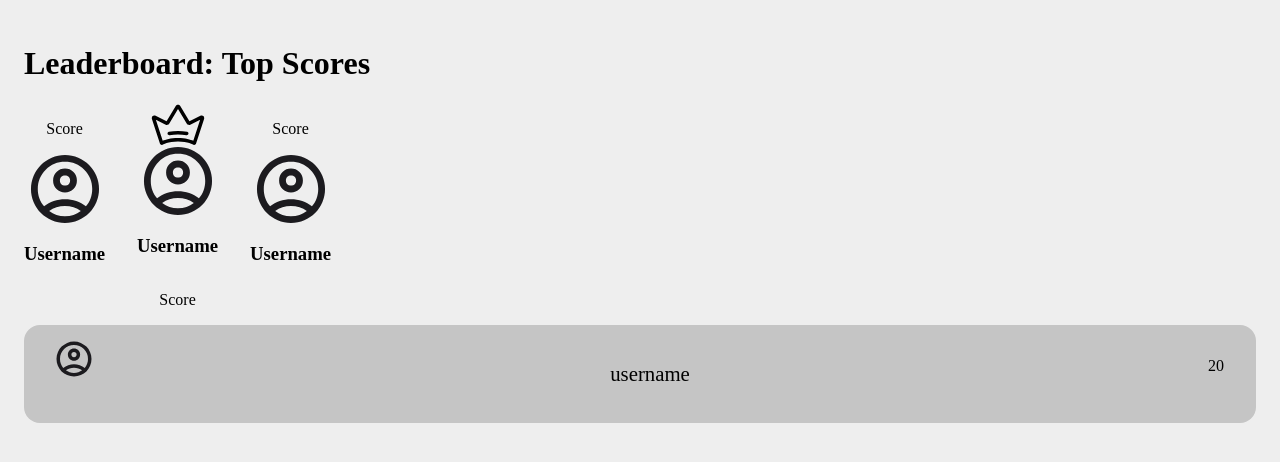
Repository: alemunden/Trash-Scavengers
Page: /Leaderboard
The author's editor kept a copy of each file at every save. The page is drawn from the files as they stood at one save, then again after the next save.
The browser window is 1280 px wide. The pictures show the whole page.
The project was rebuilt for these pictures with package versions that can differ from the ones it lists, and the page was loaded fresh each time. The framework's server and built-in components were replaced by stand-ins that run in the browser. Also part of the build but not shown: next.config.mjs.

Above is the page before, as saved 2024-04-09 10:12:56.

### pages/Leaderboard.js
import styles from '@/styles/Leaderboard.module.css'
import Image from 'next/image'
import LeaderboardUser from '@/components/LeaderboardUser/LeaderboardUser'

export default function Leaderboard() {
    return(
        <main>
            <div>
                <h1>Leaderboard: Top Scores</h1>
            </div>
            <div className={styles.podiumContainer}>
                <div className={styles.lowerPodium}>
                    <p>Score</p>
                    <Image src={'/accountcircle.svg'} width={70} height={70}/>
                    <h3>Username</h3>
                </div>
                <div className={styles.firstPlace}>
                    <Image src={'/crown.svg'} width={54} height={42}/>
                    <Image src={'/accountcircle.svg'} width={70} height={70}/>
                    <h3>Username</h3>
                    <p>Score</p>
                </div>
                <div className={styles.lowerPodium}>
                    <p>Score</p>
                    <Image src={'/accountcircle.svg'} width={70} height={70}/>
                    <h3>Username</h3>
                </div>
            </div>
            <div>
                <LeaderboardUser username={'username'} score={'20'}/>
            </div>
        </main>
    )
}

### styles/globals.css
:root {
    --white: #eee;
    --black: #000;
    --light-green: #B4E88C;
    --light-blue: #9EBAE5;
    --light-gray: #c5c5c5;
    --light-yellow: #F3CD70;
    --light-pink: #F3D9D9;
    --medium-green: #429600;
    --gold: #ED9F26;

}

html, body {
    overflow-x: hidden;
    background-color: var(--white);
  }

main {
    padding: 1rem;
  }

li {
    list-style-type: none;
    cursor: pointer;
    margin: 1rem;
    width: 100%;
    padding: 0.5rem;
    color: #000105;
    background-color: var(--light-blue);
    border-radius: 1rem;
    border-bottom: 6px solid #7893bb;
    font-family: "Righteous", sans-serif;
    text-align: center;
    font-size: 1.5rem;
  }

.liHover:hover {
    background-color: #7893bb;
    columns: #fff;
}

.liSelected {
    color: #fff;
    background-color: #000925;
}

### styles/Leaderboard.module.css
.podiumContainer {
    display: flex;
    flex-direction: row;
    gap: 2rem;
}

.firstPlace {
    display: flex;
    flex-direction: column;
    align-items: center;
}

.lowerPodium {
    display: flex;
    flex-direction: column;
    align-items: center;
}

### components/LeaderboardUser/LeaderboardUser.js
import styles from './LeaderboardUser.module.css'
import Image from 'next/image'

export default function LeaderboardUser({username, score}) {
    return(
        <>
            <div className={styles.userContainer}>
                <Image src={'/accountcircle.svg'} width={36} height={36}/>
                <p className={styles.username}>{username}</p>
                <p className={styles.score}>{score}</p>
            </div>
        </>
    )
}

### components/LeaderboardUser/LeaderboardUser.module.css
.userContainer {
    display: flex;
    flex-direction: row;
    justify-content: space-between;
    padding: 1rem 2rem 1rem 2rem;
    background-color: var(--light-gray);
    border-radius: 1rem;
}

.username {
    font-size: 1.3rem;
}

Loaded but not shown: pages/_app.js (common file); pages/_document.js (common file); pages/api/hello.js (common file)

After the next save:
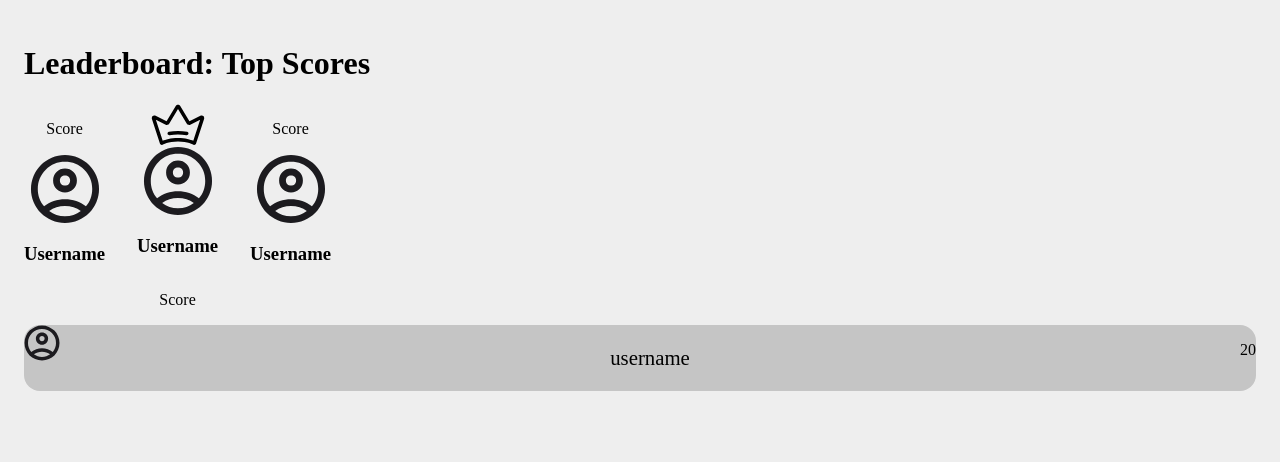
Saved 15 s later.
--- a/components/LeaderboardUser/LeaderboardUser.module.css
+++ b/components/LeaderboardUser/LeaderboardUser.module.css
@@ -2,7 +2,7 @@
     display: flex;
     flex-direction: row;
     justify-content: space-between;
-    padding: 1rem 2rem 1rem 2rem;
+    padding: 0;
     background-color: var(--light-gray);
     border-radius: 1rem;
 }

After the save that followed:
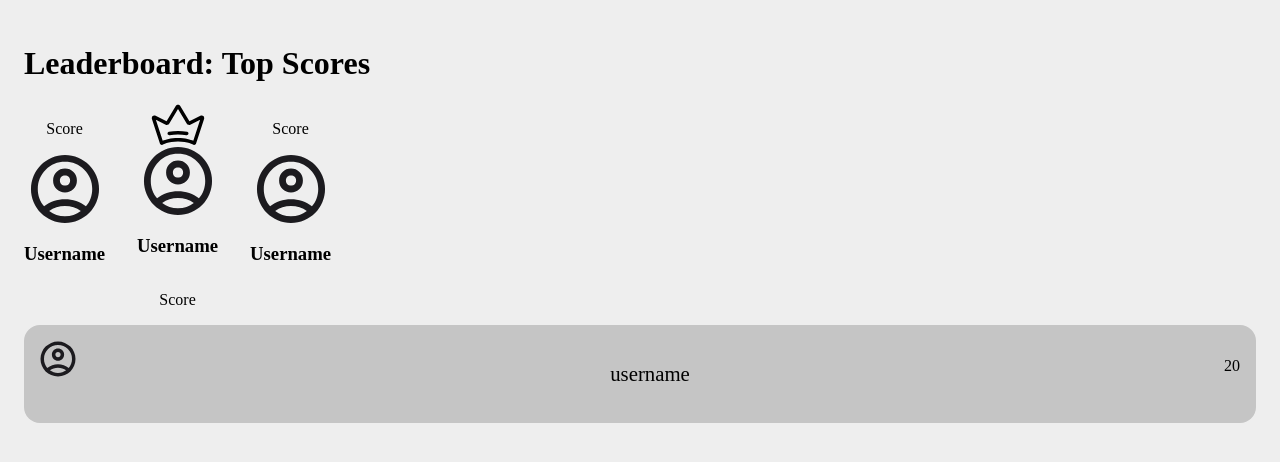
Saved 7 s later.
--- a/components/LeaderboardUser/LeaderboardUser.module.css
+++ b/components/LeaderboardUser/LeaderboardUser.module.css
@@ -2,7 +2,7 @@
     display: flex;
     flex-direction: row;
     justify-content: space-between;
-    padding: 0;
+    padding: 1rem;
     background-color: var(--light-gray);
     border-radius: 1rem;
 }
